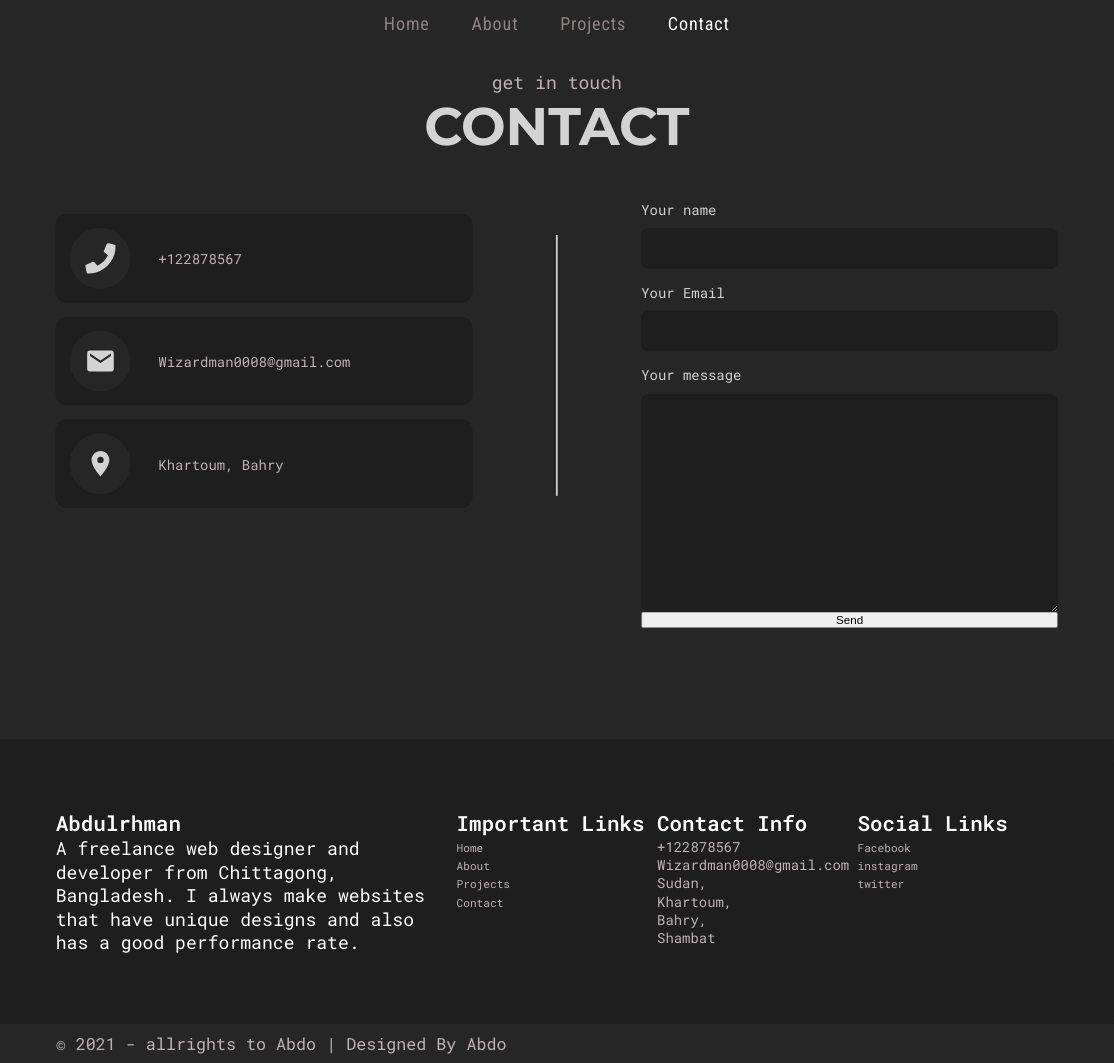
Repository: Abdoulrhman-altyeb/React-Typescript
Page: /contact
These files come from the project's save history. The page is drawn as it stood at one moment and after the next save; the edit follows.
The browser window is 1280 px wide. The pictures show the whole page, at 87% of full size.
The project was rebuilt for these pictures with package versions that can differ from the ones it lists, and the page was loaded fresh each time. Also part of the build but not shown: src/components/Button.tsx, src/components/ContactButton.tsx, src/components/HeroSection.tsx, src/components/AboutSection.tsx, src/assits/data/Services.ts, src/components/ServiceItems.tsx, src/components/ServicesSection.tsx, src/components/ProjectsSection.tsx and 3 more.

Above is the page before, as saved 2021-05-20 17:59:06.

### public/index.html
<!DOCTYPE html>
<html lang="en">

<head>
  <meta charset="utf-8" />
  <meta name="viewport" content="width=device-width, initial-scale=1" />
  <meta name="theme-color" content="#000000" />
  <meta name="description" content="IT Guys Community" />
  <link rel="preconnect" href="https://fonts.gstatic.com">
  <link href="https://fonts.googleapis.com/css2?family=Roboto:wght@300;400;500;700&display=swap" rel="stylesheet">
  <link rel="preconnect" href="https://fonts.gstatic.com">
<link href="https://fonts.googleapis.com/css2?family=Montserrat:wght@200;300;400;500;700&display=swap" rel="stylesheet">
<link rel="preconnect" href="https://fonts.gstatic.com">
<link href="https://fonts.googleapis.com/css2?family=Roboto+Mono:wght@200;300;400;500;600&display=swap" rel="stylesheet">
<link rel="preconnect" href="https://fonts.gstatic.com">
<link href="https://fonts.googleapis.com/css2?family=Roboto+Condensed:wght@400;700&display=swap" rel="stylesheet">
  <title>App Lab</title>
</head>

<body>
  <noscript>You need to enable JavaScript to run this app.</noscript>
  <div id="root"></div>
</body>

</html>

### src/index.tsx
import ReactDOM from "react-dom";
import App from "./App";
import './assits/styles/style.css'

ReactDOM.render(<App/>,document.getElementById("root"));

### src/App.tsx
import React from "react";
import NavBar from './components/NavBar';
import { BrowserRouter as Router, Route, Switch } from 'react-router-dom'
import Home from "./Pages/Home";
import Contact from "./Pages/Contact";
import About from "./Pages/About";
import Projects from "./Pages/Projects";


const App: React.FC = () => {



  return (
    <>
      <Router>
        <NavBar />
        <Switch>
          <Route  path='/' exact>
            <Home />
          </Route>
          <Route path="/contact">
            <Contact />
          </Route>
          <Route path='/about'>
            <About />
          </Route>
          <Route path='/projects'>
              <Projects/>
          </Route>
        </Switch>
      </Router>
    </>
  )
}

export default App;

### src/assits/styles/style.css
* {
    padding:0;
    margin:0;
    box-sizing:border-box;
    scroll-behavior: auto;
}

body {
    background:#262626;
    color:white;
    font-family: 'Roboto Mono', monospace;
}
::-webkit-scrollbar-track {
    background: #1E1E1E;
}
::-webkit-scrollbar {
    width: 8px;
}
::-webkit-scrollbar-thumb {
    background: #888;
    border-radius: 20px;
}




img,svg{
    width: 100%;
    height:100%;
    object-fit: cover;
}
.container {
    width:90%;
    max-width:1200px;
    margin: 0 auto;
}

.hero__img {
    height:600px;
}
ul {
    list-style: none;
}
p, h1, span,h3,a {
    color:#BCB4B4
}
a {
    text-decoration: none;
    font-size:0.8rem;
}

### src/components/NavBar.tsx
import React,{useState} from 'react';
import styled from 'styled-components';
import { NavLink } from 'react-router-dom';
import { BiMenu, BiX } from 'react-icons/bi';


const NavBar: React.FC = () => {

    const [isActive, setIsActive] = useState<boolean>(false);

    return (
        <NavBarContainer>
            <div className="hamburgerMenu"
                onClick={() => setIsActive(!isActive)}
                role='button'
                tabIndex={0}
                onKeyDown={() => setIsActive(!isActive)}
            >
                <BiMenu/>
            </div>
            <ul className={isActive ? 'ListItems' : 'ListItems hide-items'}>
                <div className='closeMenu'
                    onClick={() => setIsActive(!isActive)}
                    role='button'
                    tabIndex={0}
                    onKeyDown={() => setIsActive(!isActive)}
                >
                    <BiX/>
                </div>
                <li>
                    <NavLink to='/' exact>
                     Home
                    </NavLink>
                </li>
                <li>
                    <NavLink to="/about">
                        About
                    </NavLink>
                </li>
                <li>
                    <NavLink to='projects'>
                        Projects
                    </NavLink>
                </li>
                <li>
                    <NavLink to='contact'>
                        Contact
                    </NavLink>
                </li>
            </ul>
        </NavBarContainer>
    )
}

const NavBarContainer = styled.nav`
    position: fixed;
    z-index:100;
    top:0;
    left:0;
    background-color:#262626;
    font-family: 'Roboto Condensed', sans-serif;
    width:100%;
    ul {
        width:90%;
        max-width:1200px;
        justify-content:center;
        text-align:center;
        margin:0 auto;
        border-radius:12px;
    }
    li {
        display:inline-block;
        cursor:pointer;
    }
    a {
        display:inline-block;
        padding:1rem 1.5rem;
        font-size:1.3rem;
        color:#8c8484;
        letter-spacing: 1px;
        transition:0.3s ease color;
        /* &:hover {
            color:#726f6f;
        } */
    }
    .active {
        color:white;
    }

    .hamburgerMenu {
        font-size:2rem;
        position:absolute;
        top:1rem;
        right:1rem;
        color:white;
        display:none;
        * {
            pointer-events:none;
        }
    }
    .closeMenu{
        display:none;
    }
    @media only screen and (max-width:768px) {
        .hide-items{
            transform: translateY(calc(-100% - 1rem))
        }
        .hamburgerMenu{
            display:block;
        }
        .ListItems {
            width:80%;
            max-width:230px;
            position:absolute;
            top:1rem;
            right:1rem;
            background:#1E1E1E;
            padding:1rem;
            transition: 0.3s ease transform;

            .closeMenu {
                color:white;
                font-size:1.5rem;
                width:1rem;
                margin: 0 0 0 auto;
                cursor: pointer;
                display:block;
                *{
                    pointer-events:none;
                }
            }
        }
        li {
            display:block;
            margin-bottom:1rem;
        }
        a {
            /* padding:1rem; */
            padding:0.2rem;
            outline:none;
        }
    }
`;



export default NavBar;

### src/Pages/Contact.tsx
import React from 'react';
import ContactSection from '../components/ContactSecion';
import FooterSection from '../components/FooterSection';

const Contact: React.FC = () => {
    return (
        <>
            <ContactSection/>
            <FooterSection/>
        </>
    )
}

export default Contact;

### src/components/FooterSection.tsx
import React from 'react';
import styled from 'styled-components';
import PaText from './PaText';
import { Link } from 'react-router-dom';

const FooterSection: React.FC = () => {
    return (
        <>
            <StyledDiv>
                <div className="container">
                    <div className="info">
                        <h2>Abdulrhman</h2>
                        <PaText>
                            A freelance web designer and developer from Chittagong,
                            Bangladesh. I always make websites that have unique designs
                            and also has a good performance rate.
                        </PaText>
                    </div>
                    <div className="pages">
                        <h2>Important Links</h2>
                        <ul>
                            <li>
                                <Link to="/">Home</Link>
                            </li>
                            <li>
                                <Link to="/">About</Link>
                            </li>
                            <li>
                                <Link to="/">Projects</Link>
                            </li>
                            <li>
                                <Link to="/">Contact</Link>
                            </li>
                        </ul>
                    </div>
                    <div className="contact_info">
                        <h2>Contact Info</h2>
                        <ul>
                            <li><p>+122878567</p></li>
                            <li><p>Wizardman0008@gmail.com</p></li>
                            <li><p>Sudan,<br></br>Khartoum,<br></br>Bahry,<br></br>Shambat</p></li>
                        </ul>
                    </div>
                    <div className="social_Links">
                        <h2>Social Links</h2>
                        <ul>
                            <li><a href="https://facebook.com" rel='noreferrer'>Facebook</a></li>
                        </ul>
                        <ul>
                            <li><a href="https://instagram.com" rel='noreferrer'>instagram</a></li>
                        </ul>
                        <ul>
                            <li><a href="https://twitter.com" rel='noreferrer'>twitter</a></li>
                        </ul>
                    </div>
                </div>
            </StyledDiv>
            <StyledCopyright>
                <div className="container">
                    <p>© 2021 - allrights to Abdo  | Designed By Abdo</p>
                </div>
            </StyledCopyright>
        </>

    )
}

const StyledDiv = styled.div`
    background:#1E1E1E;
    padding:5rem 0 ;
    .container{
        display:flex;
    }
    .info{
        flex:2;
    }
    .contact_info,
    .pages,
    .social_Links{
        flex:1;
    }
    @media only screen and (max-width:768px) {
        .container{
            flex-direction:column;
        }
    }
`;
const StyledCopyright = styled.div`
    background:#262626;
    padding:10px 0;
    p{
        font-size:1.2rem;
    }

    @media only screen and (max-width:768px) {
        p{
            font-size:0.9rem;
            width:100%;
        }
    }
`;

export default FooterSection

### src/components/ContactSecion.tsx
import React from 'react';
import styled from 'styled-components';
import SectionsTitle from './SectionsTitle';
import { FaPhone } from 'react-icons/fa';
import { IoMdMail } from 'react-icons/io';
import {MdLocationOn} from 'react-icons/md'

const ContactSection: React.FC = () => {
    return (
        <StyledDiv>
            <div className="container">
                <SectionsTitle title='contact' semiTitle='get in touch' />
                <div className="contact-me">
                    <div className="contact-info">
                        <div className="phone">
                            <div className="icon">
                                <FaPhone/>
                            </div>
                            <span> +122878567</span>
                        </div>
                        <div className="mail">
                            <div className="icon">
                                <IoMdMail/>
                            </div>
                            <span>Wizardman0008@gmail.com</span>
                        </div>
                        <div className="location">
                            <div className="icon">
                                <MdLocationOn/>
                            </div>
                            <span>Khartoum, Bahry</span>
                        </div>
                    </div>
                    <div className="linebetween"></div>
                    <form className='form-contact'>
                        <label htmlFor="name">Your name</label>
                        <input className='name' type="text" id='name' />
                        <label htmlFor="email">Your Email</label>
                        <input type="email" id="email" />
                        <label htmlFor="message">Your message</label>
                        <textarea id="message"></textarea>
                        <button type='submit'>Send</button>
                    </form>
                </div>
            </div>
        </StyledDiv>
    )
}
const StyledDiv = styled.div`
    padding:5rem 0;
    text-align: center;
    .container{
        display: flex;
        flex-direction:column;
    }
    .title{
        p{
            font-size:1.3rem;
        }
        h2{
            font-size:3.8rem;
            margin-top:0;
        }
    }
    .contact-me{
        padding:3rem 0;
        display: flex;
        gap:6rem;
    }
    .contact-info{
        flex:1;
    }
    .phone,
    .mail,
    .location{
        width:100%;
        background:#1E1E1E;
        margin-top:1rem;
        padding:1rem;
        border-radius:12px;
        display: flex;
        align-items: center;
    }
    .icon{
        width:70px;
        height:70px;
        border-radius: 50%;
        display: flex;
        justify-content: center;
        align-items:center;
        margin-right:2rem;
        background:#262626;
    }
    .icon svg{
        width:50%;
        fill: lightgray;
    }
    .linebetween{
        width:2px;
        height:300px;
        background:lightgray;
        margin-top:2.5rem;
    }

    .form-contact{
        flex:1;
        display: flex;
        flex-direction:column;
        text-align:left;
    }
    .form-contact input, textarea{
        padding:1rem;
        background:#1E1E1E;
        border:none;
        border-radius:8px;
    }
    .form-contact textarea {
        height:250px;
    }
    .form-contact label{
        margin-bottom:0.7rem;
        color:lightgray;
    }
    .form-contact input{
        margin-bottom:1rem;
    }
`;

export default ContactSection;

### src/components/PaText.tsx
import styled from 'styled-components'

const PaText: React.FC = ({children}) => {

    return (
        <TextContainer className='par'>
            {children}
        </TextContainer>
    )
}

const TextContainer = styled.div`
    max-width:500px;
    margin:0 auto;
    line-height:1.3em;
    font-family: 'Roboto Mono', monospace;
    font-size:1.3rem;
    @media only screen and (max-width:768px) {
        font-size:1.1rem;
    }
`;

export default PaText

### src/components/SectionsTitle.tsx
import React from 'react';
import styled from 'styled-components';

const SectionsTitle:React.FC<SectionTitle> = ({title,semiTitle}) => {
    return (
        <StyledSectionTitle className='title'>
            <p>{semiTitle}</p>
            <h2>{title}</h2>
        </StyledSectionTitle>
    )
}

const StyledSectionTitle = styled.div`
    P{
        font-size:1.5rem;
    }
    h2{
        font-size:3.8rem;
        font-family: 'Montserrat', sans-serif;
        text-transform:uppercase;
        margin-top:0.7rem;
        color:lightgray;
    }
    @media only screen and (max-width:768px){
        p{
            font-size:1rem;
        }
        h2{
            font-size:2rem;

        }
    }
`;

export default SectionsTitle;

After the next save:
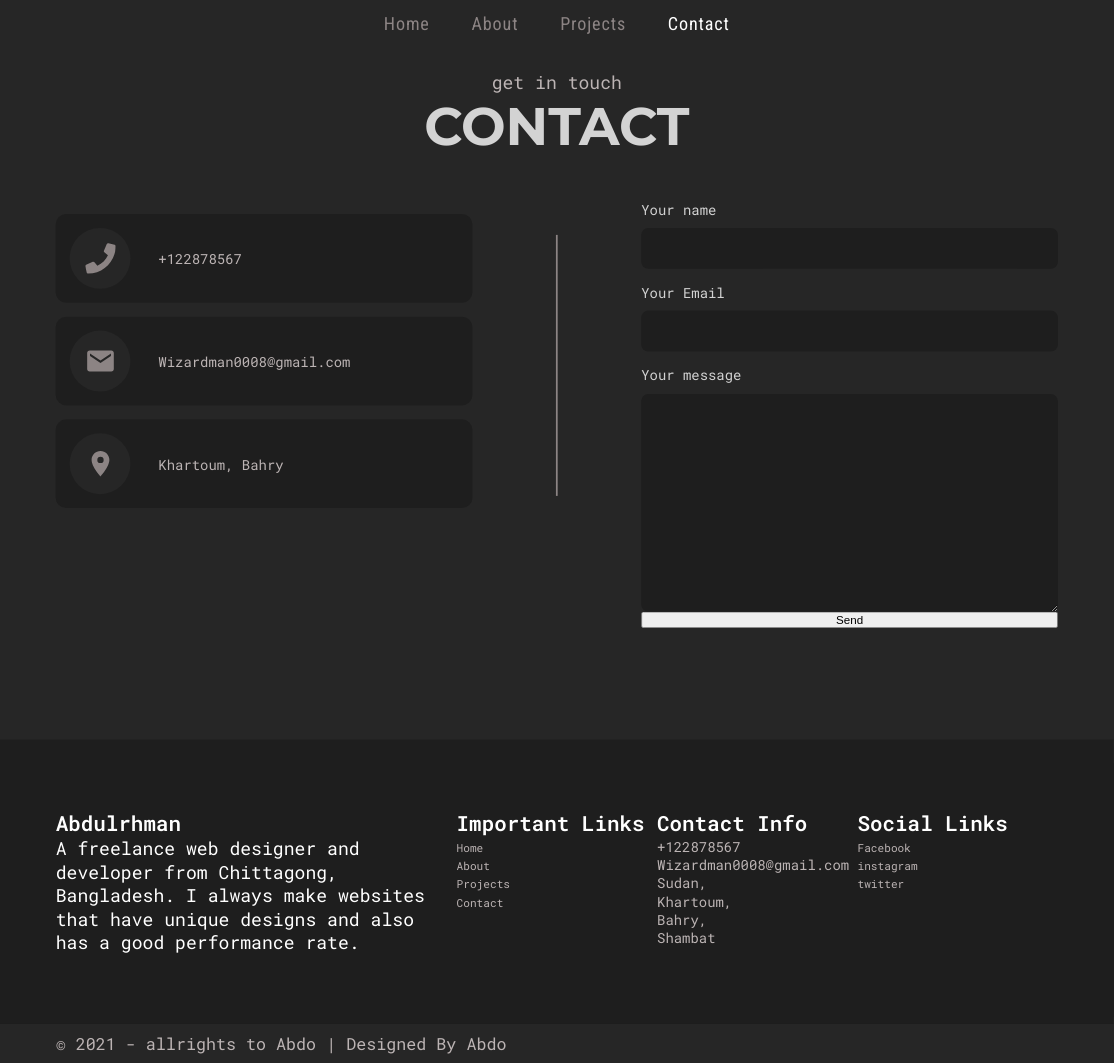
Saved 20 s later.
--- a/src/components/ContactSecion.tsx
+++ b/src/components/ContactSecion.tsx
@@ -93,12 +93,12 @@ const StyledDiv = styled.div`
     }
     .icon svg{
         width:50%;
-        fill: lightgray;
+        fill: #8c8484;
     }
     .linebetween{
         width:2px;
         height:300px;
-        background:lightgray;
+        background:#8c8484;
         margin-top:2.5rem;
     }
 
